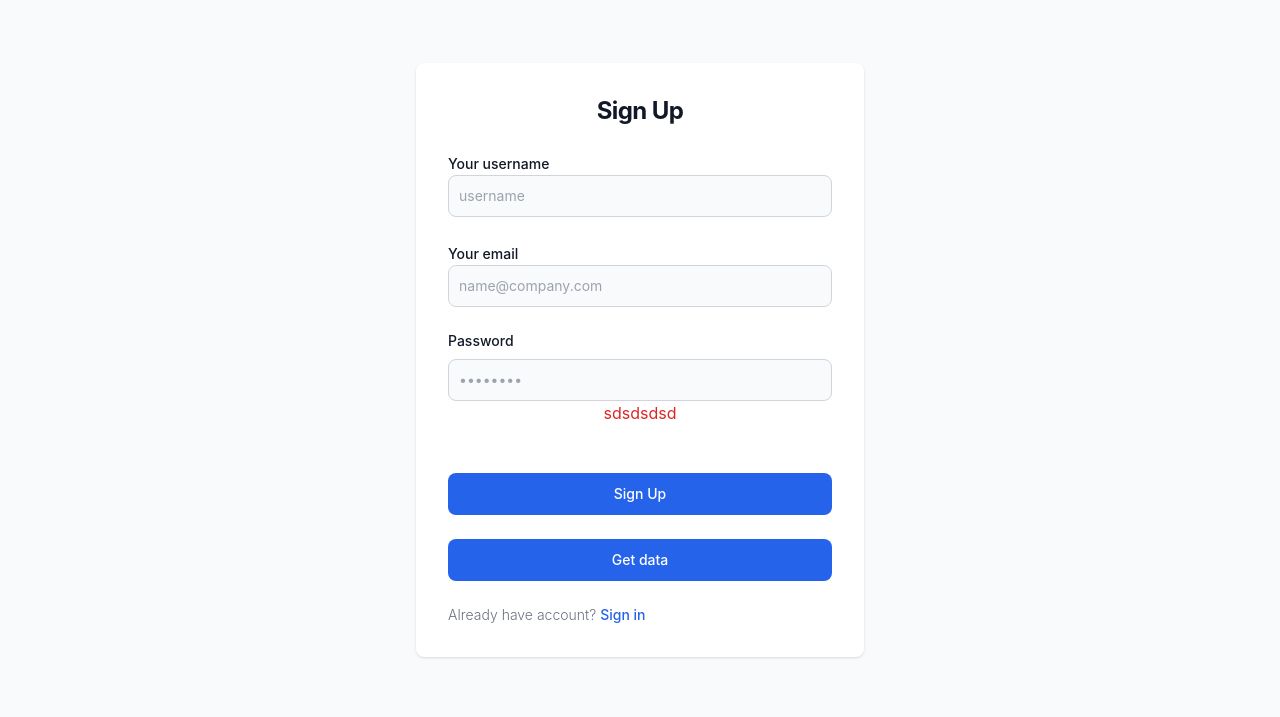
Repository: Than-sothearak/news-today
Page: /register (app in client/)
These files come from the project's save history. The page is drawn as it stood at one moment and after the next save; the edit follows.
The browser window is 1280 px wide. The pictures show the whole page.
The project was rebuilt for these pictures with package versions that can differ from the ones it lists, and the page was loaded fresh each time. Also part of the build but not shown: client/vite.config.js, client/data.js, client/src/components/Post.jsx, client/src/components/HeroBanner.jsx, client/src/page/Home.jsx, client/src/page/Login.jsx, client/src/page/Single.jsx, client/src/page/Write.jsx and 3 more.

Above is the page before, as saved 2023-03-05 17:24:55.

After the next save:
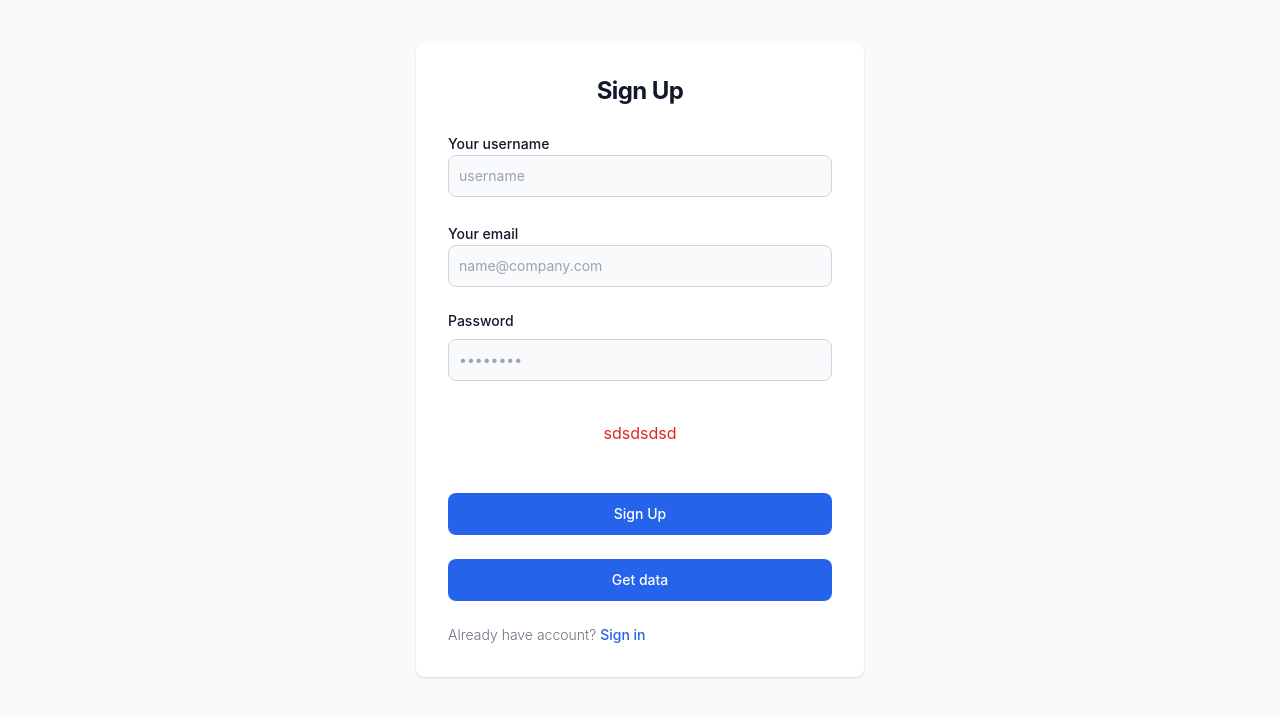
Saved 6 s later.
--- a/client/src/page/Register.jsx
+++ b/client/src/page/Register.jsx
@@ -104,7 +104,7 @@ export const Register = () => {
                   required=""
                   onChange={handleChange}
                 />
-                <p className="text-center text-red-600">sdsdsdsd</p>
+                <p className="text-center text-red-600 mt-10">sdsdsdsd</p>
               </div>
               <div className="flex items-center justify-between">
                 <div className="flex items-start"></div>
